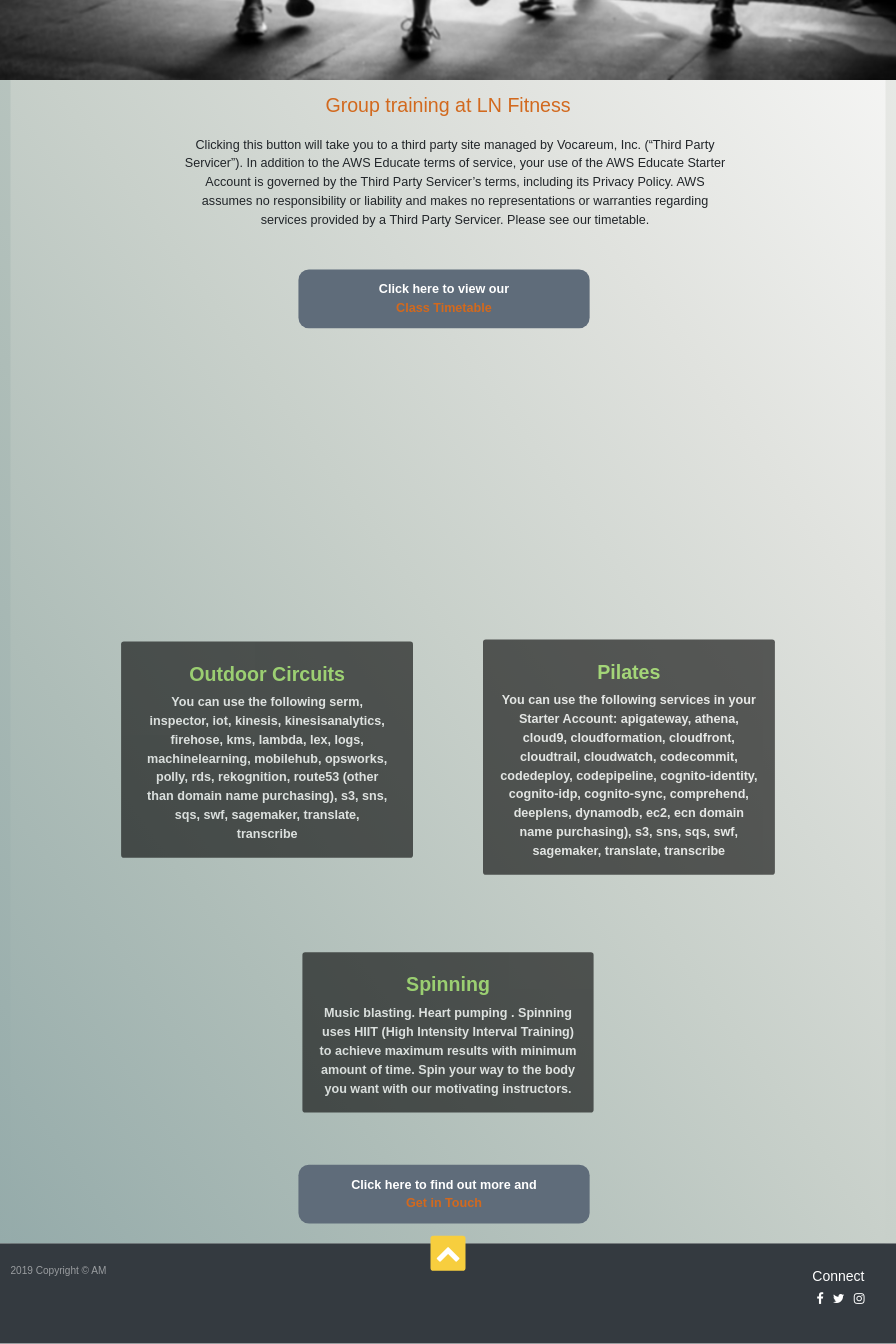
Repository: murphya14/Fitness-webpage
Page: group-training.html
The author's editor kept a record of every edit. The page is drawn from the files as they stood at one moment, then again after the next edit.
The browser window is 1280 px wide. The pictures show the part of the page from y = 765 to 2685 px (the page is 2685 px tall before and 2658 px after), at 70% of full size.
Pictures or frames that could not be fetched are drawn as grey boxes. Some web libraries are served in a nearby version.

Above is the page before.

### group-training.html
<!DOCTYPE html>
<html lang="en">

<head>
  <meta charset="UTF-8">
  <meta name="viewport" content="width=device-width, initial-scale=1.0">
  <meta http-equiv="X-UA-Compatible" content="ie=edge">
    <link rel="stylesheet" href="https://stackpath.bootstrapcdn.com/bootstrap/4.3.1/css/bootstrap.min.css" <link rel="stylesheet" href="https://stackpath.bootstrapcdn.com/font-awesome/4.7.0/css/font-awesome.min.css" type="text/css" />
  <link rel="stylesheet" href="assets/css/style.css" />
  <link rel="shortcut icon" type="image/x-icon" href="assets/favicon.ico">
  <link rel="stylesheet" href="https://cdnjs.cloudflare.com/ajax/libs/font-awesome/4.7.0/css/font-awesome.min.css">
  <link rel="stylesheet" type="text/css" href="//fonts.googleapis.com/css?family=Dancing+Script" />
  <script src="https://code.jquery.com/jquery-3.2.1.slim.min.js" integrity="sha384-KJ3o2DKtIkvYIK3UENzmM7KCkRr/rE9/Qpg6aAZGJwFDMVNA/GpGFF93hXpG5KkN" crossorigin="anonymous"></script>

  <title>Home</title>
</head>

<body>



  <header>
    <!-- Logo and Nav bar-->
    <!-- Used help from Stack overflow: https://stackoverflow.com/questions/23949804/how-to-change-link-color-bootstrap-->


    <nav class=" container-fliud navbar navbar-expand-lg navbar-custom  fixed-top navbar-light topnav">
      <div><a class="logo " href="index.html">
          <img src="assets/images/logo.png" alt="logo">
        </a></div>


      <div>
        <div>
          <ul class="nav justify-content-center container-fluid">

            <li class="nav-item">
              <a class="nav-link" href="index.html">Home</a>
            </li>
            <li class="nav-item ">
              <a class="nav-link" href="about.html">About</a>
            </li>
            <li class="nav-item  ">
              <a class="nav-link" href="personal-training.html">Personal Training</a>
              <li class="nav-item ">
                <a class="nav-link" id="active" href="group-training.html">Group Training</a>
              </li>
             <li class="nav-item ">
                <a class="nav-link" href="get-in-touch.html">Get in Touch</a>
              </li>
          </ul>

        </div>
        <!-- Select menu for Nav bar for smaller devices-->


  <select id="select">
    <option value="index.html" >Home</option>
    <option value="about.html" >About</option>
    <option value="personal-training.html">Personal Training</option>
    <option value="group-training" selected="selected">Group Training</option>
    <option value="get-in-touch">Get in Touch</option>
  </select>

        <!-- Social links-->

        <div class="row no-gutters">
          <div class="col">

            <div class="nav-link">

              <ul class="list-inline social-links">
                <li class="list-inline-item">
                  <a target="_blank" href="#">
                            <i class="fa fa-facebook" aria-hidden="true"></i>
                            <span class="sr-only">Facebook</span>
                        </a>
                </li>
                <li class="list-inline-item">
                  <a target="_blank" href="#">
                            <i class="fa fa-twitter" aria-hidden="true"></i>
                            <span class="sr-only">Twitter</span>
                        </a>
                </li>


                <li class="list-inline-item">
                  <a target="_blank" href="#">
                            <i class="fa fa-instagram" aria-hidden="true"></i>
                            <span class="sr-only">Instagram</span>
                        </a>
                </li>

              </ul>
            </div>
          </div>
        </div>

    </nav>


  </header>

  <!-- Container for main image -->


    <section class="section ">

  <div class="container-fluid ">

<div class="container-fluid">
      <div class="row main-image ">

        <div class=" col-md-12 image-about">
          <img src="assets/images/group.jpg"  alt="Group Fitness">

          <h2 class="image-text">LN Fitness</h2>
        </div>
      </div>
  </div>

  <!-- Content for section -->

  <div class="container-fluid section">
    <div class="row">
      <div class="col-md-12">
        <h3 class="section-heading">Group training at LN Fitness</h3>
        <p class="col-md-8 section-p-about">Clicking this button will take you to a third party site managed by Vocareum, Inc. (“Third Party Servicer”). In addition to the AWS Educate terms of service, your use of the AWS Educate Starter Account is governed by the Third Party Servicer’s
          terms, including its Privacy Policy. AWS assumes no responsibility or liability and makes no representations or warranties regarding services provided by a Third Party Servicer.</a>
          Please see our timetable.</p>
          </div>
         </div>



     <div class="row">
   <div class="col-md-4 free-link  ">
  <a class="section-link" id="click-here-active" href="assets/timetable.pdf" target="_blank">Click here to view our <p class="highlight">Class Timetable</p></a></div>
     </div>


<div class="row justify-content-center">
    <div class=" center col-md-12 content">
      <iframe src="https://player.vimeo.com/video/229291915" width="640" height="360" frameborder="0" allow="autoplay; fullscreen" allowfullscreen></iframe>


<div class="col free-link  mobile-only"><a class="section-link"  id="click-here-active" href="https://player.vimeo.com/video/229291915" target="_blank">Click here to view our <p class="highlight">Group Class in action</p></a>
</div>
 </div>

 </div>

    <div class="row justify-content-center">


      <div class="transbox col-md-4 col-sm-12">
        <h3 class="box-heading"> Outdoor Circuits</h3>
        <div class="container">
          <p>You can use the following serm, inspector, iot, kinesis, kinesisanalytics, firehose, kms, lambda, lex, logs, machinelearning, mobilehub, opsworks,
            polly, rds, rekognition, route53 (other than domain name purchasing), s3, sns, sqs, swf, sagemaker, translate, transcribe</p>
        </div>
      </div>





      <div class="transbox col-md-4 col-sm-12">
        <h3 class="box-heading"> Pilates</h3>
        <p>You can use the following services in your Starter Account: apigateway, athena, cloud9, cloudformation, cloudfront, cloudtrail, cloudwatch, codecommit, codedeploy, codepipeline, cognito-identity, cognito-idp, cognito-sync, comprehend, deeplens,
          dynamodb, ec2, ecn domain name purchasing), s3, sns, sqs, swf, sagemaker, translate, transcribe</p>
      </div>

      <div class="transbox   col-md-4 col-sm-12">
        <h3 class="box-heading"> Spinning</h3>
        <p>Music blasting. Heart pumping . Spinning uses HIIT (High Intensity Interval Training) to achieve maximum results with minimum amount of time. Spin your way to the body you want with our motivating instructors. </p>
      </div>


    </div>

   <div class="row">
    <div class="col-md-4 free-link"><a class="section-link" id="click-here-active" href="get-in-touch.html">Click here to find out more and <p class="highlight">Get in Touch</p></a></div>

</div>
  </div>




  </div>
  </div>

  </section>
  </div>




  <!-- footer-->

  <footer id="footer" class="container-fluid py-4 bg-dark text-white-50">
    <div class="row">

      <div class="col-sm-4 text-footer">
        <small>2019 Copyright &copy; AM</small></div>

      <div class="col-sm-4 "><a href="#top" id="button"></a></div>


      <div class="col-sm-4">

        <!-- footer social media links-->
        <div class="footer-link">
          <h5 class="uppercase general-sub">Connect</h5>
          <ul class="list-inline social-links">
            <li class="list-inline-item">
              <a target="_blank" href="#">
                            <i class="fa fa-facebook" aria-hidden="true"></i>
                            <span class="sr-only">Facebook</span>
                        </a>
            </li>
            <li class="list-inline-item">
              <a target="_blank" href="#">
                            <i class="fa fa-twitter" aria-hidden="true"></i>
                            <span class="sr-only">Twitter</span>
                        </a>
            </li>


            <li class="list-inline-item">
              <a target="_blank" href="#">
                            <i class="fa fa-instagram" aria-hidden="true"></i>
                            <span class="sr-only">Instagram</span>
                        </a>
            </li>

          </ul>
        </div>

      </div>

  </footer>






</body>

</html>

### assets/css/style.css
/*----------------------------------------------- Colours*/

.nav-link {
    color: #00ccff;
}

#active {
    color: #5F6C7A;
}

.navbar {
    background:#f7ce3e;

}


li a:hover {
    color: #f7ce3e;
}

/*--------------------------------------------- General*/

body {font-size: 18px;
    font-family: "arial", sans-serif;
    margin: 0; padding: 0; overflow-x:hidden;
}

.center {
  display: block;
  margin-left: auto;
  margin-right: auto;
  width: 50%;
}


.inline-block {
    display: inline-block;
}









col-lg-12 {
           text-align:center;
}

 col-lg-4{
 display:inline-block;
 float: none;
}





/*--------------------------------------------- Nav bar*/

nav ul {

    display: block;
    font-size: 23px;
    font-weight: 700;




}

.nav-link {font-family: Helvetica, Arial, sans-serif;}

    .nav-item {
        margin-left: 40px;
        position:relative;
         }

.logo {
    position: static;
    background: url("../images/rosie.jpg");
    background-position: center;
    background-repeat: no-repeat;
    margin-right:0px;
    padding-top: 10px;
    padding-left: 10px;
    min-height: 100px;
    transition: all .5s ease-in-out;
    -moz-transition: all .5s ease-in-out;
    -webkit-transition: all .5s ease-in-out;
    height: 10%;
    width: 25%;
}

.header {
    position: fixed;
    top: 0;
    left: 0;
    right: 0;
    background-color: #e84610;
    padding: 15px 15px;

}

nav select {
    display: none;
    background-color: #77C9D4;
    color: white;
    border: 1px solid #778899;
   position: relative;
   cursor: pointer;
   top: 100%;
  left: 0;
  right: 0;
  z-index: 99;
  width: 30px;

}

#select {color: #f7ce3e;
    background-color: #5F6C7A;
}


.nav-link
{color: #0A1612;
text-align: center;
padding: 8px;
    margin-right: 0;
    display: block;

    font-size:33;
    font-weight: 500;
    padding-left: 5px;
      transition: all 0.35s ease-in-out;
    -moz-transition: all 0.35s ease-in-out;
    -webkit-transition: all 0.35s ease-in-out;
    -o-transition: all 0.35s ease-in-out;
    max-width:100%;

}
/*-------------------------Social links*/
nav a {color:#5F6C7A;}

nav a:hover {
    color: white;
}

/*-------------------------------------------Section*/

/*-------------------------Section Image*/

.main-image {max-width:100%;
    height:100%;
    padding-left:0;
    padding-right:0;
    position: relative;
    transform: translate(-5%, +10%);
    margin: 0;


}



.image-text {
   position: absolute;
   top: 250px;
   left: 70%;
   width: 100%;
   color:#21EB7B;
   font-family: "Dancing Script";
   font-size: 48px;
   font-variant: normal;
   font-weight: 700;
   line-height: 26.4px;
   text-shadow: 2px 2px 2px #000;
    transform: translate(-50%, -50%);
 }


/*------------------Index.html*/

/*------------------https://mycolor.space/gradient?ori=to+right+top&hex=%2395ABAA&hex2=%23F6F6F5&sub=1*/
 .section {background-image: linear-gradient(to right top, #95abaa, #aebdb8, #c8d0ca, #e0e2de, #f6f6f5);
  text-align: center;
  max-width:100%;
  overflow:hidden;

 }

.section-heading {color: #D2691E;
            text-align: center;
            margin-top:100px;
}

.section-p {padding:12px;
margin:10px;
    padding-bottom: 50px;
;
color: #708090;
text-align: center;
 max-width:100%;
 font-weight: 600;

}

.section-p-about {padding:15px;
    text-align: center;
     width:100%;
     margin:10px;
     margin-bottom: 40px;}



.free-link {text-align: center;
    font-weight: 700;
    background-color: #5F6C7A;
    font:white;
    padding:15px;
    margin:15px;
    border-radius:15px;
      display:block;
  bottom: 5px;

  transition: background-color .3s;
  z-index: 1000;
  position: relative;
   left: 55%;
   transform: translate(-50%,-50%);


}

.section-link {color:white;
 width:120px;


}


.section a:hover {color:#f7ce3e;
text-decoration:none;

}

/*------------------About.html*/


/* With help from https://www.w3schools.com/css/tryit.asp?filename=trycss_transparency*/

div.transbox {
  margin: 50px;
  border-radius: 4px;
  background-color: black;
  opacity: 0.6;
  filter: alpha(opacity=60);
  padding: 10px;

  width:100%;
  height:100%;
 position:relative;
 transform: translateY(-10%);
 border: 20px;

}




.content{margin: auto;
display: flex;
justify-content: center;
align-items: center;
resize: both;
padding-top: 0px !important;

}


div.transbox p, ol {
  margin: 10px;
  font-weight: bold;
  color: #F5F4F4;
}



.box-heading {font-weight:700;
color:#87D63E;}


/*------------------personal-training.html*/

.col-md-10 {transform: translate(+5%,0);}

.transbox-testimony {height:100%;
padding-top: 5%;

}

.highlight {color:#D2691E;
    padding:0;
    margin:0;
}




/*------------------group-trainig.html*/

iframe {margin-bottom: 40px;}


/*------------------get-in-touch.html*/


  .row {
  display: flex;
}

.column {
  flex: 50%;
}

.main-image-contact {transform: translate(-5%,0%);
width:100%;
margin:0;

}

.contact-box {
 padding-top:40px;
  height:100%;
 position:relative;
 transform: translateX(-10%);



}

.box-heading {padding-top:20px;}

.btn {

  color: black;
  font-weight:700;
  padding: 15px 20px;
  border: none;
  cursor: pointer;
  background-color:#f7ce3e;
 width:50%;
}

.btn:hover {
  opacity: 1;
  background-color:#D2691E ;
  color: white;
}

.center-form {opacity:1;
   }

.custom-checkbox {margin: 15px;
color:#D2691E;}



/*--------------------------------------------- footer*/

#button {
  text-align: center;
  display: inline-block;
  background-color: #f7ce3e;
  width: 50px;

  border-radius: 4px;
  bottom: 10px;
  right: 30px;
  transition: background-color .3s;
  z-index: 1000;
  position: relative;
   left: 50%;

     transform: translate(-50%,-50%);


}


#button:hover {
  cursor: pointer;
  background-color: #333;
}
#button:active {
  background-color: #555;
}

#button::after {
  content: "\f077";
  font-family: FontAwesome;
  font-weight: normal;
  font-style: normal;
  font-size: 2em;
  line-height: 50px;
  color: #fff;
}

.footer-link
{color: white;
text-align: right;

    float: none;
    padding-bottom: 10px;
    padding-right: 30px;
    padding-top:10px;
    font-size:33;
    font-weight: 500;
    padding-left: 5px;
      transition: all 0.35s ease-in-out;
    -moz-transition: all 0.35s ease-in-out;
    -webkit-transition: all 0.35s ease-in-out;
    -o-transition: all 0.35s ease-in-out;

}

footer a {color:white;}

 footer  a:hover {
    color: #f7ce3e;
}

.text-footer {float: left;
padding-bottom: 5px;
text-align: left;

}

#footer { min-height: 120px;

    margin: 0;
    padding: 15px;
    max-width:100%;}



/*------------- Responsive design*/

/* Extra small devices (phones, 600px and down) */


@media only screen and (max-width:600px) {

/*------------------------------------- Changing the menu to a select bar for smaller screens*/

    nav select {
        display: inline-block;
        width: 55%;
        height: 25%;
          border-radius: 4px;
        position: left;
    }
    .nav-item {
        display: none;
    }
    .logo {
        position: right;
        height: 80%;
    }
     .column {
    width: 100%;
  }

  .navbar {position: relative;}





.text-footer {margin-top: 30px;}

.mobile-link {
    margin: 40px;
    margin-right: 100px;
    padding-bottom: 10px;
}

.timetable-link {
     transform: translate(-50%, 0);
    margin-top: 40px;}



    .logo {
        position: right;
        height: 80%;
    }
     .column {
    width: 100%;
    height:100%;
  }

  .navbar {position: relative;}

   .main-image img {display:none;}

  .image-text {
  margin: 0;
  position: absolute;
  top: 50%;
  left: 50%;
  transform: translate(-50%, 60%);}

footer #button {position:relative;
   top:-150%;
}



iframe {display:none;}



section img {display:none;}


.box { transform: translate(-15%, 0);
    padding:10px;
}

.free-link { transform: translate(-75%, 0);
    margin:40px;
}

.timetable-link { transform: translate(-65%, 0);
      margin:30px;
}


.contact-box{
margin: 10px;
padding-top: 10px;
transform: translate(-15%, -20%);

}


}


/* Medium devices (landscape tablets, 768px and up) */

@media only screen and (min-width: 768px){
.section-p-about {  transform: translate(25%, 0);}


.timetable-link {margin:300px;
    margin-top:50px;
    width: 50%;
}
iframe {margin-left: 50px;}

.box { margin:30px;
    padding:10px;
}


 iframe, .box {transform: translate(-5%, 0);}


 .free-link {transform: translate(-70%, -10%);}


 .mobile-only {display:none;}

}


@media only screen and (max-width: 768px){

 .contact-box {
 padding-top:200px;}




.timetable-link {transform: translate(-200%, -10%);}

.main-image-contact {display:none;}

}
/* Large devices (laptops/desktops, 992px and up) */

@media only screen and (max-width: 992px) {

.mobile-only {display:none;}



}
/* Medium/large devices  (Ipad Pro, 1024px and up) */

@media only screen and (max-width: 1024px) {

.main-image-contact {display:none;}

.contact-box{
margin:180px;
transform: translate(-15%, 0%);
padding:40px;

}


}

/* Extra large devices (large laptops and desktops, 1200px and up) */

@media only screen and (min-width: 1200px) {

 .mobile-only {display:none;}

 .timetable-link {transform: translate(-130%, -10%);}


.transbox {transform: translate(10%, 0);}

.contact-box {
 padding-top:30px;
  height:100%;
 position:relative;
 transform: translateX(-10%);
 column-span: all;
margin-bottom: 0;
margin-top:0;
float:right;


}
}

After the next edit:
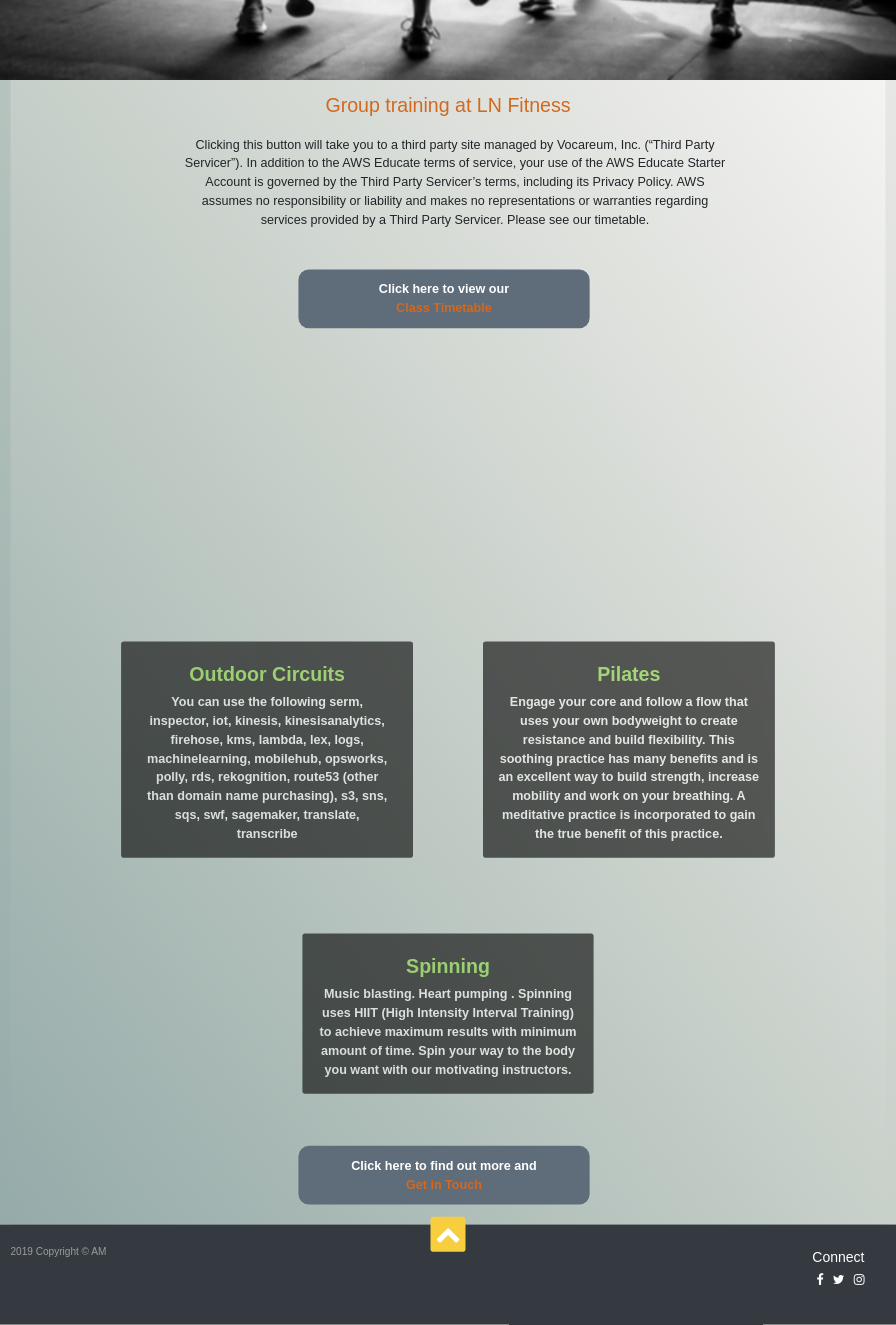
The edit:
--- a/group-training.html
+++ b/group-training.html
@@ -167,8 +167,7 @@
 
       <div class="transbox col-md-4 col-sm-12">
         <h3 class="box-heading"> Pilates</h3>
-        <p>You can use the following services in your Starter Account: apigateway, athena, cloud9, cloudformation, cloudfront, cloudtrail, cloudwatch, codecommit, codedeploy, codepipeline, cognito-identity, cognito-idp, cognito-sync, comprehend, deeplens,
-          dynamodb, ec2, ecn domain name purchasing), s3, sns, sqs, swf, sagemaker, translate, transcribe</p>
+        <p>Engage your core and follow a flow that uses your own bodyweight to create resistance and build flexibility. This soothing practice has many benefits and is an excellent way to build strength, increase mobility and work on your breathing. A meditative practice is incorporated to gain the true benefit of this practice. </p>
       </div>
 
       <div class="transbox   col-md-4 col-sm-12">
